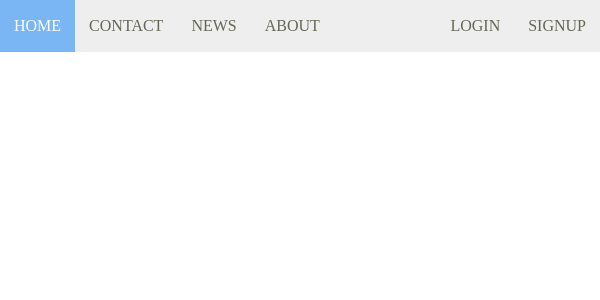
Repository: jesar-enl/My-CSS-Website
Page: index.html
An editor plug-in stored every save of this project. The page is shown before and after a run of saves, followed by the edit.
The browser window is 600 px wide. The pictures show the whole page.

Above is the page before, as saved 2022-07-26 12:54:25.

After the next 9 saves:
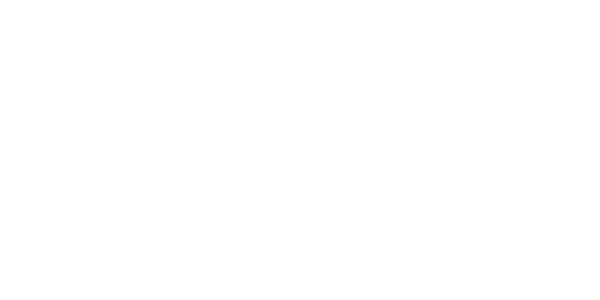
The 9 saves are shown as one change because they came seconds apart.
The last was saved 34 s later.
--- a/style.css
+++ b/style.css
@@ -55,5 +55,7 @@
 
 /* ############ Media Query ########### */
 @media screen and (max-width: 680px) {
-
+  ul.topnav li {
+    display: none;
+  }
 }

After the 4 saves that followed:
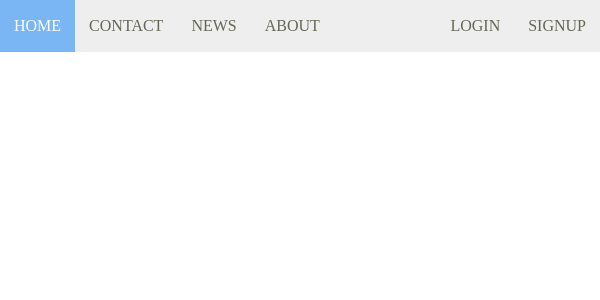
The 4 saves are shown as one change because they came seconds apart.
The last was saved 3 min 10 s later.
--- a/style.css
+++ b/style.css
@@ -55,7 +55,7 @@
 
 /* ############ Media Query ########### */
 @media screen and (max-width: 680px) {
-  ul.topnav li {
+  ul.topnav li:not(:) {
     display: none;
   }
 }
